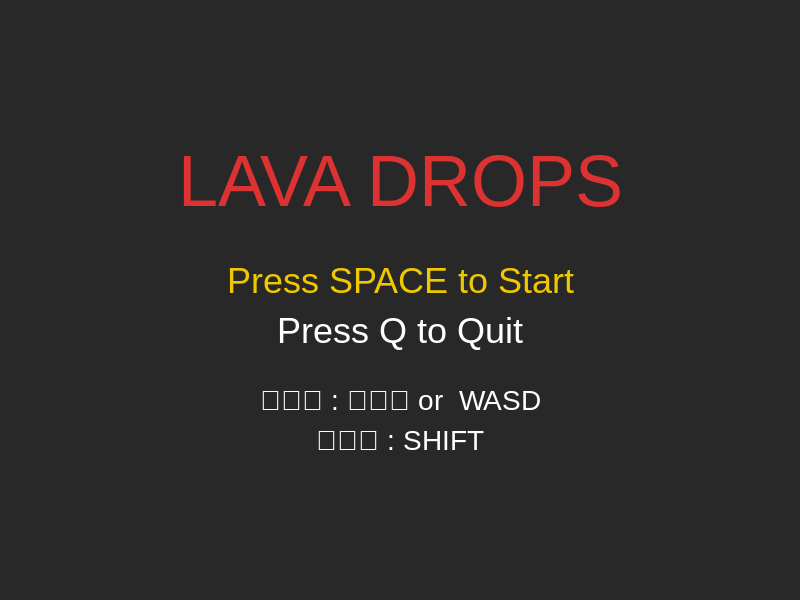
Repository: oyoeys/20260188
Script's output: python dodger.py
These files come from the project's save history. The script's output is drawn as it stood at one moment and after the next save; the edit follows.
The window is shown after at most 60 frames with no key pressed. A system font it names is replaced by a similar one. Random numbers start from a fixed seed.

Above is the script's output before, as saved 2026-04-08 01:07:23.

### dodger.py
import pygame
import random
import sys
import math

pygame.init()

def get_korean_font(size):
    candidates = ["malgungothic", "applegothic", "nanumgothic", "notosanscjk"]
    for name in candidates:
        font = pygame.font.SysFont(name, size)
        if font.get_ascent() > 0:
            return font
    return pygame.font.SysFont(None, size)

# 기본 해상도 기준점
DEFAULT_WIDTH, DEFAULT_HEIGHT = 800, 600
WIDTH, HEIGHT = DEFAULT_WIDTH, DEFAULT_HEIGHT
FPS = 60

# --- 게임 상수 ---
PLAYER_SPEED = 5
INVINCIBLE_FRAMES = 90
SCORE_PER_LEVEL = 20

# --- 레이저 설정 ---
LASER_SCORE_THRESHOLD = 50
LASER_WARNING_DURATION = 60
LASER_ACTIVE_DURATION = 10
MAX_ACTIVE_LASERS = 3
LASER_THICKNESS = 30
LASER_SPAWN_INTERVAL = 180

# --- 실드 게이지 설정 ---
MAX_SHIELD_GAUGE = 180
SHIELD_CONSUME_RATE = 1
SHIELD_RECHARGE_RATE = 0.5

# --- 페이즈 구간 설정 ---
PHASE_MID_THRESHOLD = 50
PHASE_LATE_THRESHOLD = 100
PHASE_LAST_THRESHOLD = 200
PHASE_ENDLESS_THRESHOLD = 400

WHITE  = (255, 255, 255)
BLACK  = (0,   0,   0)
BLUE   = (50,  120, 220)
RED    = (220, 50,  50)
YELLOW = (240, 200, 0)
GRAY   = (40,  40,  40)

screen = pygame.display.set_mode((WIDTH, HEIGHT), pygame.RESIZABLE)
pygame.display.set_caption("Lava Drops")
clock = pygame.time.Clock()

font = get_korean_font(36)
font_big = get_korean_font(72)
font_small = get_korean_font(28) # 조작법 가이드용 작은 폰트 추가

LEVELS = [
    {"min_speed": 3, "max_speed": 5,  "spawn": 40, "label": "Lv.1"},
    {"min_speed": 5, "max_speed": 8,  "spawn": 25, "label": "Lv.2"},
    {"min_speed": 7, "max_speed": 12, "spawn": 15, "label": "Lv.3"},
]

PLAYER_W, PLAYER_H = 40, 40
ENEMY_W,  ENEMY_H  = 30, 30

# --- 메인 메뉴 화면 ---
def main_menu():
    global screen
    screen.fill(GRAY)

    cx = screen.get_width() // 2
    cy = screen.get_height() // 2

    title_text = font_big.render("LAVA DROPS", True, RED)
    start_text = font.render("Press SPACE to Start", True, YELLOW)
    quit_text = font.render("Press Q to Quit", True, WHITE)

    # 조작법 텍스트
    move_text = font_small.render("이동기 : 화살표 or  WASD", True, WHITE)
    dodge_text = font_small.render("회피기 : SHIFT", True, WHITE)

    # 기존 UI들을 전체적으로 위로 배치
    screen.blit(title_text, title_text.get_rect(center=(cx, cy - 120)))
    screen.blit(start_text, start_text.get_rect(center=(cx, cy - 20)))
    screen.blit(quit_text, quit_text.get_rect(center=(cx, cy + 30)))

    # 조작법을 아래에 배치
    screen.blit(move_text, move_text.get_rect(center=(cx, cy + 100)))
    screen.blit(dodge_text, dodge_text.get_rect(center=(cx, cy + 140)))

    pygame.display.flip()

    while True:
        clock.tick(FPS)
        for e in pygame.event.get():
            if e.type == pygame.QUIT:
                return "QUIT"
            if e.type == pygame.VIDEORESIZE:
                screen = pygame.display.set_mode((e.w, e.h), pygame.RESIZABLE)
                return main_menu()
            if e.type == pygame.KEYDOWN:
                if e.key == pygame.K_SPACE:
                    return "START"
                if e.key == pygame.K_q:
                    return "QUIT"

def draw_hud(surface, display_score, level_cfg, lives, current_phase):
    surface.blit(font.render(f"Score: {display_score}", True, WHITE), (10, 10))

    phase_text = ""
    if current_phase == 4:
        phase_text = " [ENDLESS]"
    elif current_phase == 3:
        phase_text = " [LAST PHASE]"
    elif current_phase == 2:
        phase_text = " [LATE PHASE]"
    elif current_phase == 1:
        phase_text = " [MID PHASE]"

    surface.blit(font.render(f"{level_cfg['label']}{phase_text}", True, YELLOW), (10, 40))

    lives_text = font.render(f"Lives: {'♥ ' * lives}", True, RED)
    lives_rect = lives_text.get_rect(topright=(surface.get_width() - 20, 10))
    surface.blit(lives_text, lives_rect)

def game_over_screen(display_score):
    global screen
    screen.fill(GRAY)

    cx = screen.get_width() // 2
    cy = screen.get_height() // 2

    go_text = font_big.render("GAME OVER", True, RED)
    score_text = font.render(f"Score: {display_score}", True, WHITE)
    restart_text = font.render("R: Restart   Q: Main Menu", True, WHITE)

    screen.blit(go_text, go_text.get_rect(center=(cx, cy - 60)))
    screen.blit(score_text, score_text.get_rect(center=(cx, cy + 10)))
    screen.blit(restart_text, restart_text.get_rect(center=(cx, cy + 60)))
    pygame.display.flip()

    while True:
        clock.tick(FPS)
        for e in pygame.event.get():
            if e.type == pygame.QUIT:
                return "QUIT"
            if e.type == pygame.VIDEORESIZE:
                screen = pygame.display.set_mode((e.w, e.h), pygame.RESIZABLE)
                return game_over_screen(display_score)
            if e.type == pygame.KEYDOWN:
                if e.key == pygame.K_r: return "RESTART"
                if e.key == pygame.K_q: return "MENU"

def main():
    global screen
    player_x = float(screen.get_width() // 2 - PLAYER_W // 2)
    player_y = float(screen.get_height() - 60)
    player = pygame.Rect(int(player_x), int(player_y), PLAYER_W, PLAYER_H)

    enemies = []
    score = 0.0
    lives = 3
    level_idx = 0
    level_cfg = LEVELS[level_idx]
    invincible = 0
    last_phase = 0

    v_spawn_timer = 0
    h_spawn_timer = 0
    b_spawn_timer = 0

    lasers = []
    laser_spawn_timer = 0

    shield_gauge = float(MAX_SHIELD_GAUGE)
    is_shield_overheated = False

    shake_timer = 0
    shake_magnitude = 0

    while True:
        clock.tick(FPS)

        for e in pygame.event.get():
            if e.type == pygame.QUIT:
                return "QUIT"
            elif e.type == pygame.VIDEORESIZE:
                screen = pygame.display.set_mode((e.w, e.h), pygame.RESIZABLE)

        sw, sh = screen.get_width(), screen.get_height()
        display_score = int(score)

        width_ratio = max(0.1, sw / DEFAULT_WIDTH)
        height_ratio = max(0.1, sh / DEFAULT_HEIGHT)

        level_idx = min(display_score // SCORE_PER_LEVEL, len(LEVELS) - 1)
        level_cfg = LEVELS[level_idx]

        current_phase = 0
        if display_score >= PHASE_ENDLESS_THRESHOLD:
            current_phase = 4
        elif display_score >= PHASE_LAST_THRESHOLD:
            current_phase = 3
        elif display_score >= PHASE_LATE_THRESHOLD:
            current_phase = 2
        elif display_score >= PHASE_MID_THRESHOLD:
            current_phase = 1

        if current_phase > last_phase:
            last_phase = current_phase
            enemies.clear()
            lasers.clear()
            shake_timer = 60
            shake_magnitude = 30

        is_phase_mid = current_phase >= 1
        is_phase_late = current_phase >= 2
        is_phase_last = current_phase >= 3
        is_phase_endless = current_phase >= 4

        keys = pygame.key.get_pressed()
        mouse_pressed = pygame.mouse.get_pressed()
        mouse_left = mouse_pressed[0]
        mouse_right = mouse_pressed[2]

        shift_held = keys[pygame.K_LSHIFT] or keys[pygame.K_RSHIFT] or mouse_right
        is_shield_active = False

        if shift_held and not is_shield_overheated and shield_gauge > 0:
            is_shield_active = True
            shield_gauge -= SHIELD_CONSUME_RATE
            if shield_gauge <= 0:
                shield_gauge = 0
                is_shield_overheated = True
        else:
            shield_gauge = min(MAX_SHIELD_GAUGE, shield_gauge + SHIELD_RECHARGE_RATE)
            if is_shield_overheated and shield_gauge >= MAX_SHIELD_GAUGE:
                is_shield_overheated = False

        if mouse_left:
            mx, my = pygame.mouse.get_pos()
            px_center = player_x + PLAYER_W / 2
            py_center = player_y + PLAYER_H / 2
            dx = mx - px_center
            dy = my - py_center
            dist = math.hypot(dx, dy)

            if dist > PLAYER_SPEED:
                player_x += (dx / dist) * PLAYER_SPEED
                player_y += (dy / dist) * PLAYER_SPEED
            else:
                player_x = mx - PLAYER_W / 2
                player_y = my - PLAYER_H / 2
        else:
            if keys[pygame.K_LEFT] or keys[pygame.K_a]:  player_x -= PLAYER_SPEED
            if keys[pygame.K_RIGHT] or keys[pygame.K_d]: player_x += PLAYER_SPEED
            if keys[pygame.K_UP] or keys[pygame.K_w]:    player_y -= PLAYER_SPEED
            if keys[pygame.K_DOWN] or keys[pygame.K_s]:  player_y += PLAYER_SPEED

        player_x = max(0, min(sw - PLAYER_W, player_x))
        player_y = max(0, min(sh - PLAYER_H, player_y))

        player.x = int(player_x)
        player.y = int(player_y)

        endless_speed_bonus = (display_score - PHASE_ENDLESS_THRESHOLD) * 0.05 if is_phase_endless else 0

        if shake_timer <= 0:
            v_spawn_timer += 1
            base_v_spawn = level_cfg["spawn"]
            if is_phase_last:
                base_v_spawn *= 4
            elif is_phase_late:
                base_v_spawn *= 2

            target_v_spawn = max(1, int(base_v_spawn / width_ratio))

            if v_spawn_timer >= target_v_spawn:
                v_spawn_timer = 0
                x = random.randint(0, sw - ENEMY_W)
                speed = random.randint(level_cfg["min_speed"], level_cfg["max_speed"]) + endless_speed_bonus
                if is_phase_late: speed = max(1, int(speed * 0.5))

                enemies.append({
                    "rect": pygame.Rect(x, -ENEMY_H, ENEMY_W, ENEMY_H),
                    "speed_x": 0, "speed_y": speed,
                    "score_value": 1.0 / width_ratio
                })

            if is_phase_late:
                h_spawn_timer += 1
                base_h_spawn = level_cfg["spawn"] * 2
                target_h_spawn = max(1, int(base_h_spawn / height_ratio))

                if h_spawn_timer >= target_h_spawn:
                    h_spawn_timer = 0
                    y = random.randint(0, sh - ENEMY_H)
                    speed = random.randint(level_cfg["min_speed"], level_cfg["max_speed"]) + endless_speed_bonus
                    speed = max(1, int(speed * 0.7))

                    if random.choice([True, False]):
                        enemies.append({"rect": pygame.Rect(-ENEMY_W, y, ENEMY_W, ENEMY_H), "speed_x": speed, "speed_y": 0, "score_value": 1.0 / height_ratio})
                    else:
                        enemies.append({"rect": pygame.Rect(sw, y, ENEMY_W, ENEMY_H), "speed_x": -speed, "speed_y": 0, "score_value": 1.0 / height_ratio})

            if is_phase_last:
                b_spawn_timer += 1
                base_b_spawn = level_cfg["spawn"] * 2
                target_b_spawn = max(1, int(base_b_spawn / width_ratio))

                if b_spawn_timer >= target_b_spawn:
                    b_spawn_timer = 0
                    x = random.randint(0, sw - ENEMY_W)
                    speed = random.randint(level_cfg["min_speed"], level_cfg["max_speed"]) + endless_speed_bonus
                    speed = max(1, int(speed * 0.6))

                    enemies.append({"rect": pygame.Rect(x, sh, ENEMY_W, ENEMY_H), "speed_x": 0, "speed_y": -speed, "score_value": 1.0 / width_ratio})

            if is_phase_mid:
                laser_spawn_timer += 1
                if laser_spawn_timer >= LASER_SPAWN_INTERVAL and len(lasers) < MAX_ACTIVE_LASERS:
                    laser_spawn_timer = 0
                    is_horizontal = random.choice([True, False])
                    if is_horizontal:
                        laser_y = random.randint(0, sh - LASER_THICKNESS)
                        laser_rect = pygame.Rect(-500, laser_y, 3000, LASER_THICKNESS)
                    else:
                        laser_x = random.randint(0, sw - LASER_THICKNESS)
                        laser_rect = pygame.Rect(laser_x, -500, LASER_THICKNESS, 3000)

                    lasers.append({"state": "WARNING", "rect": laser_rect, "timer": LASER_WARNING_DURATION})

        for enemy in enemies:
            enemy["rect"].x += enemy["speed_x"]
            enemy["rect"].y += enemy["speed_y"]

        updated_lasers = []
        for laser in lasers:
            laser["timer"] -= 1
            if laser["state"] == "WARNING":
                if laser["timer"] <= 0:
                    laser["state"] = "ACTIVE"
                    laser["timer"] = LASER_ACTIVE_DURATION
                updated_lasers.append(laser)
            elif laser["state"] == "ACTIVE":
                if laser["timer"] > 0:
                    updated_lasers.append(laser)
        lasers = updated_lasers

        if invincible > 0:
            invincible -= 1
        elif not is_shield_active and shake_timer <= 0:
            for enemy in enemies:
                if player.colliderect(enemy["rect"]):
                    lives -= 1
                    invincible = INVINCIBLE_FRAMES
                    enemies.clear()
                    lasers.clear()
                    shield_gauge = float(MAX_SHIELD_GAUGE)
                    is_shield_overheated = False
                    if lives <= 0:
                        return game_over_screen(display_score)
                    break

            if invincible == 0:
                for laser in lasers:
                    if laser["state"] == "ACTIVE" and player.colliderect(laser["rect"]):
                        lives -= 1
                        invincible = INVINCIBLE_FRAMES
                        enemies.clear()
                        lasers.clear()
                        shield_gauge = float(MAX_SHIELD_GAUGE)
                        is_shield_overheated = False
                        if lives <= 0:
                            return game_over_screen(display_score)
                        break

        survived = []
        for enemy in enemies:
            is_out_of_bounds = False

            if enemy["speed_y"] > 0 and enemy["rect"].top >= sh:
                is_out_of_bounds = True
            elif enemy["speed_y"] < 0 and enemy["rect"].bottom <= 0:
                is_out_of_bounds = True
            elif enemy["speed_x"] > 0 and enemy["rect"].left >= sw:
                is_out_of_bounds = True
            elif enemy["speed_x"] < 0 and enemy["rect"].right <= 0:
                is_out_of_bounds = True

            if not is_out_of_bounds:
                survived.append(enemy)
            else:
                score += enemy["score_value"]

        enemies = survived

        canvas = pygame.Surface((sw, sh))
        canvas.fill(GRAY)

        for laser in lasers:
            if laser["state"] == "WARNING":
                pygame.draw.rect(canvas, RED, laser["rect"], 3)
                warn_text = font.render('!', True, RED)
                text_rect = warn_text.get_rect(center=laser["rect"].center)
                canvas.blit(warn_text, text_rect)
            elif laser["state"] == "ACTIVE":
                pygame.draw.rect(canvas, RED, laser["rect"])

        if is_shield_active:
            pygame.draw.rect(canvas, YELLOW, player)
        else:
            blink = (invincible // 10) % 2 == 0
            if blink:
                pygame.draw.rect(canvas, BLUE, player)

        if shift_held or shield_gauge < MAX_SHIELD_GAUGE or is_shield_overheated:
            gauge_radius = 40
            gauge_center = (player.centerx, player.centery)
            gauge_color = YELLOW if not is_shield_overheated else (255, 128, 0)
            gauge_ratio = shield_gauge / MAX_SHIELD_GAUGE

            start_angle = -math.pi / 2
            sweep_angle = gauge_ratio * (2 * math.pi)
            end_angle = start_angle + sweep_angle

            gauge_rect = pygame.Rect(gauge_center[0] - gauge_radius, gauge_center[1] - gauge_radius, gauge_radius * 2, gauge_radius * 2)

            pygame.draw.arc(canvas, WHITE, gauge_rect, -math.pi / 2, 3 * math.pi / 2, 2)
            pygame.draw.arc(canvas, gauge_color, gauge_rect, start_angle, end_angle, 6)

        for enemy in enemies:
            pygame.draw.rect(canvas, RED, enemy["rect"])

        draw_hud(canvas, display_score, level_cfg, lives, current_phase)

        if shake_timer > 0:
            dx = random.randint(-int(shake_magnitude), int(shake_magnitude))
            dy = random.randint(-int(shake_magnitude), int(shake_magnitude))

            screen.fill(BLACK)
            screen.blit(canvas, (dx, dy))

            shake_timer -= 1
            shake_magnitude = max(0, shake_magnitude - 0.5)
        else:
            screen.blit(canvas, (0, 0))

        pygame.display.flip()

if __name__ == "__main__":
    state = "MENU"

    while True:
        if state == "MENU":
            action = main_menu()
            if action == "QUIT":
                break
            elif action == "START":
                state = "PLAY"

        elif state == "PLAY":
            action = main()
            if action == "QUIT":
                break
            elif action == "MENU":
                state = "MENU"
            elif action == "RESTART":
                state = "PLAY"

    pygame.quit()
    sys.exit()

After the next save:
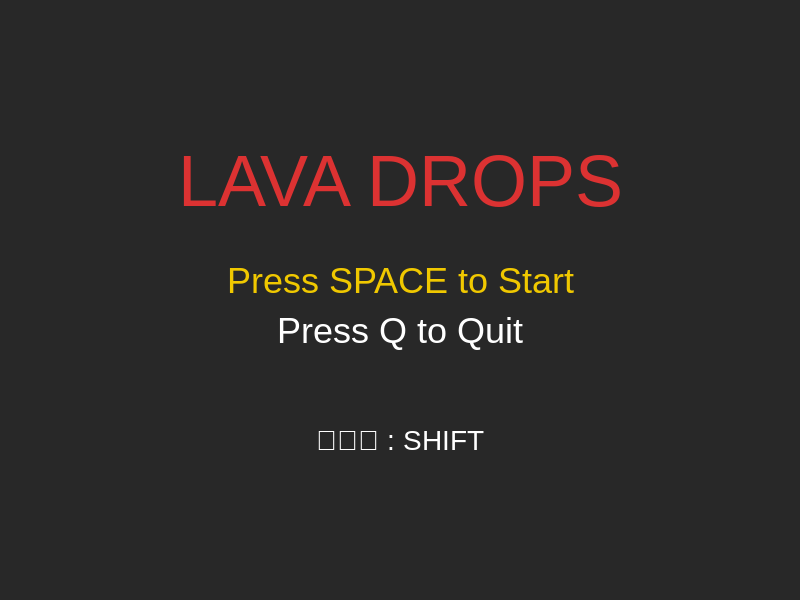
Saved 24 s later.
--- a/dodger.py
+++ b/dodger.py
@@ -79,7 +79,7 @@ def main_menu():
     quit_text = font.render("Press Q to Quit", True, WHITE)
 
     # 조작법 텍스트
-    move_text = font_small.render("이동기 : 화살표 or  WASD", True, WHITE)
+#    move_text = font_small.render("이동기 : 화살표 or  WASD", True, WHITE)
     dodge_text = font_small.render("회피기 : SHIFT", True, WHITE)
 
     # 기존 UI들을 전체적으로 위로 배치
@@ -88,7 +88,7 @@ def main_menu():
     screen.blit(quit_text, quit_text.get_rect(center=(cx, cy + 30)))
 
     # 조작법을 아래에 배치
-    screen.blit(move_text, move_text.get_rect(center=(cx, cy + 100)))
+#    screen.blit(move_text, move_text.get_rect(center=(cx, cy + 100)))
     screen.blit(dodge_text, dodge_text.get_rect(center=(cx, cy + 140)))
 
     pygame.display.flip()
